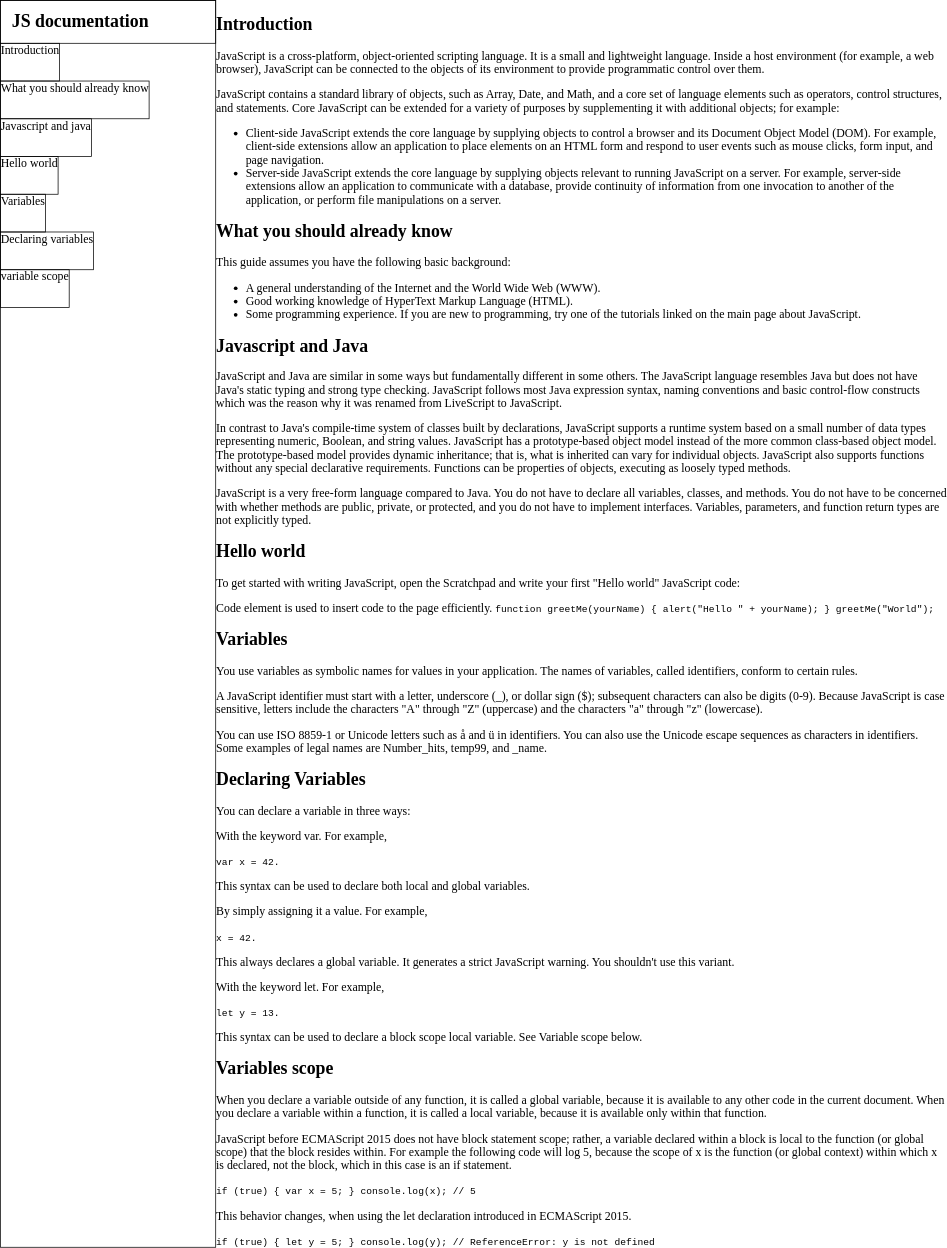
Repository: Pafestivo/Technical-documentation
Page: index.html
An editor plug-in stored every save of this project. The page is shown before and after a run of saves, followed by the edit.
The browser window is 1280 px wide. The pictures show the whole page, at 74% of full size.

Above is the page before, as saved 2022-09-07 13:28:27.

### index.html
<!DOCTYPE html>
<html lang="en">
<head>
    <meta charset="UTF-8">
    <meta name="viewport" content="width=device-width, initial-scale=1.0">
    <link rel="stylesheet" href="styles.css">
    <title>Technical Documentation Page</title>
</head>
<body>
  <nav id="navbar">
    <header>
      <h1>JS documentation</h1>
    </header>
    <ul>
      <li><a id="nav-link" href="#introduction">Introduction</a></li>
      <li><a id="nav-link" href="#what_you_should_already_know">What you should already know</a></li>
      <li><a id="nav-link" href="#javascript_and_Java">Javascript and java</a></li>
      <li><a id="nav-link" href="#hello_world">Hello world</a></li>
      <li><a id="nav-link" href="#variables">Variables</a></li>
      <li><a id="nav-link" href="#declaring_variables">Declaring variables</a></li>
      <li><a id="nav-link" href="#variable_scope">variable scope</a></li>
    </ul>
  </nav>
  <main id="main-doc">
    <section id="introduction" class="main-section">
      <h1>Introduction</h1>

      <p>JavaScript is a cross-platform, object-oriented scripting language. It is a small and lightweight language. Inside a host environment (for example, a web browser), JavaScript can be connected to the objects of its environment to provide programmatic control over them.</p>

      <p>JavaScript contains a standard library of objects, such as Array, Date, and Math, and a core set of language elements such as operators, control structures, and statements. Core JavaScript can be extended for a variety of purposes by supplementing it with additional objects; for example:</p>

      <ul>
        <li>Client-side JavaScript extends the core language by supplying objects to control a browser and its Document Object Model (DOM). For example, client-side extensions allow an application to place elements on an HTML form and respond to user events such as mouse clicks, form input, and page navigation.</li>
        <li>Server-side JavaScript extends the core language by supplying objects relevant to running JavaScript on a server. For example, server-side extensions allow an application to communicate with a database, provide continuity of information from one invocation to another of the application, or perform file manipulations on a server.</li>
      </ul>
    </section>

    <section id="what_you_should_already_know" class="main-section">
        <h1>What you should already know</h1>

        <p>This guide assumes you have the following basic background:</p>

        <ul>
          <li>A general understanding of the Internet and the World Wide Web (WWW).</li>
          <li>Good working knowledge of HyperText Markup Language (HTML).</li>
          <li>Some programming experience. If you are new to programming, try one of the tutorials linked on the main page about JavaScript.</li>
        </ul>
      </section>

      <section id="javascript_and_Java" class="main-section">
        <h1>Javascript and Java</h1>

        <p>JavaScript and Java are similar in some ways but fundamentally different in some others. The JavaScript language resembles Java but does not have Java's static typing and strong type checking. JavaScript follows most Java expression syntax, naming conventions and basic control-flow constructs which was the reason why it was renamed from LiveScript to JavaScript.</p>

        <p>In contrast to Java's compile-time system of classes built by declarations, JavaScript supports a runtime system based on a small number of data types representing numeric, Boolean, and string values. JavaScript has a prototype-based object model instead of the more common class-based object model. The prototype-based model provides dynamic inheritance; that is, what is inherited can vary for individual objects. JavaScript also supports functions without any special declarative requirements. Functions can be properties of objects, executing as loosely typed methods.</p>

        <p>JavaScript is a very free-form language compared to Java. You do not have to declare all variables, classes, and methods. You do not have to be concerned with whether methods are public, private, or protected, and you do not have to implement interfaces. Variables, parameters, and function return types are not explicitly typed.</p>
      </section>

      <section id="hello_world" class="main-section">
        <h1>Hello world</h1>
        <p>To get started with writing JavaScript, open the Scratchpad and write your first "Hello world" JavaScript code:</p>

        Code element is used to insert code to the page efficiently.
        <code>
            function greetMe(yourName) { alert("Hello " + yourName); }
            greetMe("World");
        </code>
      </section>

      <section id="variables" class="main-section">
        <h1>Variables</h1>

        <p>You use variables as symbolic names for values in your application. The names of variables, called identifiers, conform to certain rules.</p>

        <p>A JavaScript identifier must start with a letter, underscore (_), or dollar sign ($); subsequent characters can also be digits (0-9). Because JavaScript is case sensitive, letters include the characters "A" through "Z" (uppercase) and the characters "a" through "z" (lowercase).</p>

        <p>You can use ISO 8859-1 or Unicode letters such as å and ü in identifiers. You can also use the Unicode escape sequences as characters in identifiers. Some examples of legal names are Number_hits, temp99, and _name.</p>
      </section>

      <section id="declaring_variables" class="main-section">
        <h1>Declaring Variables</h1>

        <p>You can declare a variable in three ways:</p>

        <p>With the keyword var. For example,</p>
        <code>
            var x = 42.
        </code>

        <p>This syntax can be used to declare both local and global variables.</p>

        <p>By simply assigning it a value. For example,</p>
        <code>
            x = 42.
        </code>

        <p>This always declares a global variable. It generates a strict JavaScript warning. You shouldn't use this variant.</p>

        <p>With the keyword let. For example,</p>
        <code>
            let y = 13.
        </code>

        <p>This syntax can be used to declare a block scope local variable. See Variable scope below.</p>
      </section>

      <section id="variable_scope" class="main-section">
        <h1>Variables scope</h1>

        <p>When you declare a variable outside of any function, it is called a global variable, because it is available to any other code in the current document. When you declare a variable within a function, it is called a local variable, because it is available only within that function.</p>

        <p>JavaScript before ECMAScript 2015 does not have block statement scope; rather, a variable declared within a block is local to the function (or global scope) that the block resides within. For example the following code will log 5, because the scope of x is the function (or global context) within which x is declared, not the block, which in this case is an if statement.</p>
        <code>
            if (true) { var x = 5; } console.log(x); // 5
        </code>

        <p>This behavior changes, when using the let declaration introduced in ECMAScript 2015.</p>
        <code>
            if (true) { let y = 5; } console.log(y); // ReferenceError: y is
not defined
        </code>
  </main>

</body>
</html>

### styles.css
html {
  box-sizing: border-box;
  scroll-behavior: smooth;
}

body {
  display: flex;
  padding: 0;
  margin: 0;
}

/* Navigation bar  */
#navbar {
  min-width: 290px;
  border: 1px solid #000;
}

#navbar header {
  margin: -1px;
}

#navbar header h1{
  margin: 0;
  padding: 15px;
  border: 1px solid #000;
}

#navbar ul {
  list-style: none;
  margin: 0;
  padding: 0;
}

#navbar ul li {
  margin: -1px;
}

#navbar ul a {
  display: inline-block;
  text-decoration: none;
  color: #000;
  height: 50px;
  border: 1px solid #000;
  text-align: center;
  vertical-align: center;
}

/* Navigation bar end  */

After the next 2 saves:
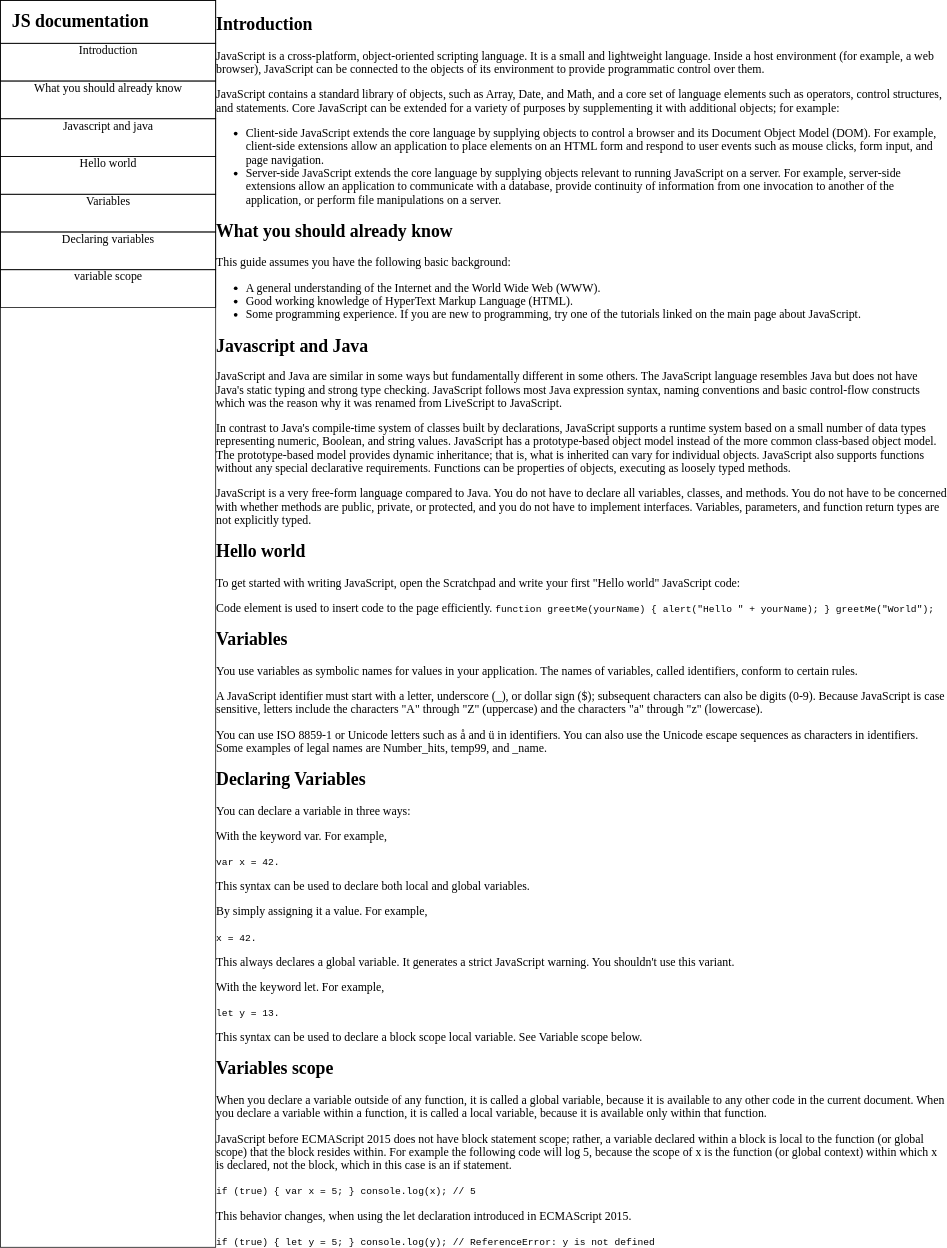
The 2 saves are shown as one change because they came seconds apart.
The last was saved 13 s later.
--- a/styles.css
+++ b/styles.css
@@ -36,13 +36,12 @@ body {
 }
 
 #navbar ul a {
-  display: inline-block;
+  display: block;
   text-decoration: none;
   color: #000;
   height: 50px;
   border: 1px solid #000;
   text-align: center;
-  vertical-align: center;
 }
 
 /* Navigation bar end  */
